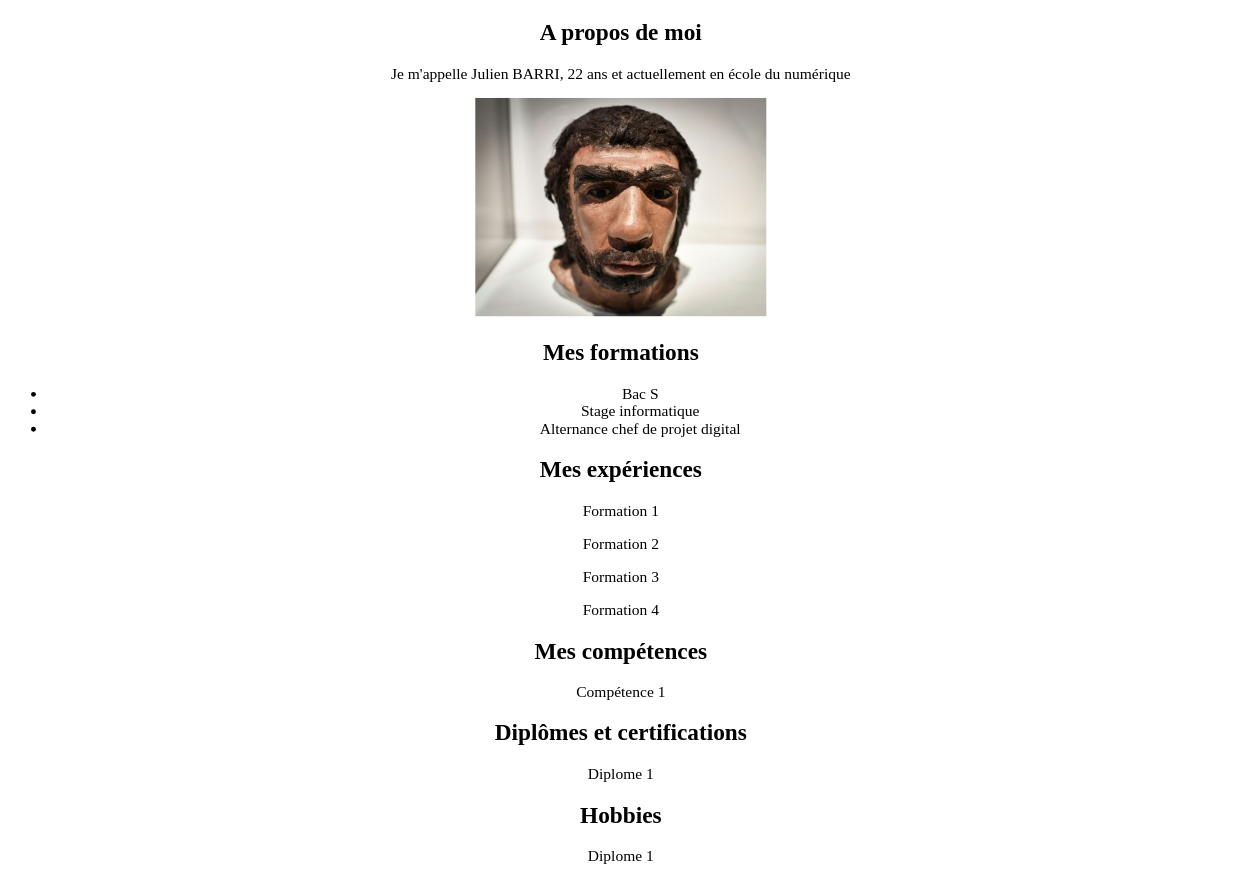
Repository: barridev/cours_devops.github.io
Page: index.html
These files come from the project's save history. The page is drawn as it stood at one moment and after the next save; the edit follows.
The browser window is 1280 px wide. The pictures show the whole page, at 97% of full size.

Above is the page before, as saved 2022-06-13 15:23:35.

### index.html
<!DOCTYPE html>
<html lang="en">

<head>
    <meta charset="UTF-8">
    <meta http-equiv="X-UA-Compatible" content="IE=edge">
    <meta name="viewport" content="width=device-width, initial-scale=1.0">
    <title>Document</title>
    <link rel="stylesheet" href="style.css">
</head>

<body>

    <section class="center">
        <div>
            <h1>A propos de moi</h1>
            <p>Je m'appelle Julien BARRI, 22 ans et actuellement en école du numérique</p>
            <img width="300x300" src="homme.jpeg" alt="homme">
        </div>
    </section>

    <section class="center">
        <div class="test">
            <h2> Mes formations </h2>
            <ul>
                <li> Bac S</li>
                <li> Stage informatique</li>
                <li> Alternance chef de projet digital</li>
            </ul>
        </div>
    </section>

    <section class="center">
        <div>
            <h2> Mes expériences </h2>
            <p>Formation 1</p>
            <p>Formation 2</p>
            <p>Formation 3</p>
            <p>Formation 4</p>
        </div>
    </section>

    <section class="center">
        <div>
            <h2> Mes compétences</h2>
            <p>Compétence 1</p>
        </div>

    </section>

    <section class="center">
        <div>
            <h2> Diplômes et certifications</h2>
            <p>Diplome 1</p>
        </div>

    </section class="center">

    <section class="center">
        <div>
            <h2> Hobbies</h2>
            <p>Diplome 1</p>
        </div>

    </section class="center">

</body>

</html>

Loaded but not shown: style.css (common file)

After the next save:
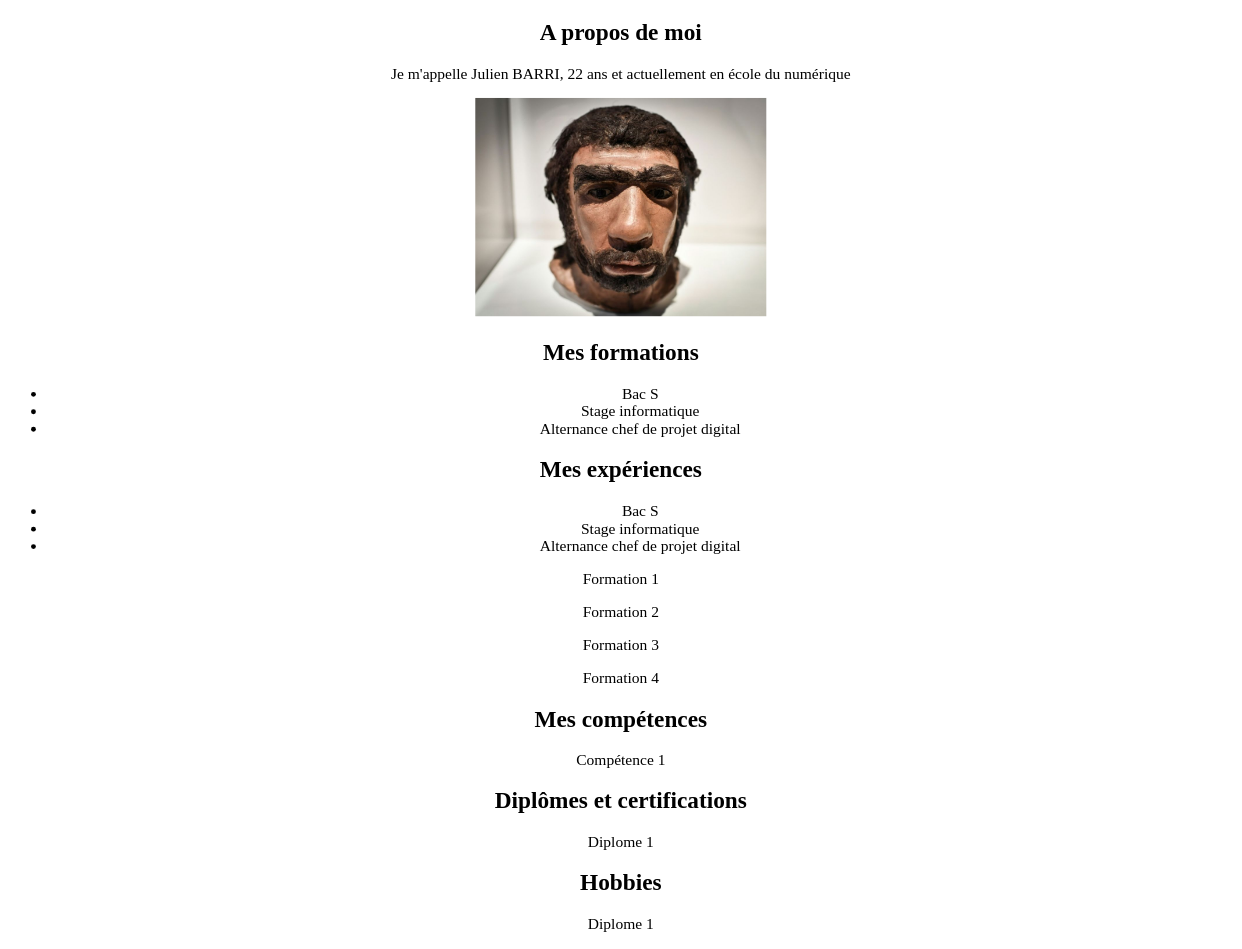
Saved 12 s later.
--- a/index.html
+++ b/index.html
@@ -33,6 +33,11 @@
     <section class="center">
         <div>
             <h2> Mes expériences </h2>
+            <ul>
+                <li> Bac S</li>
+                <li> Stage informatique</li>
+                <li> Alternance chef de projet digital</li>
+            </ul>
             <p>Formation 1</p>
             <p>Formation 2</p>
             <p>Formation 3</p>
